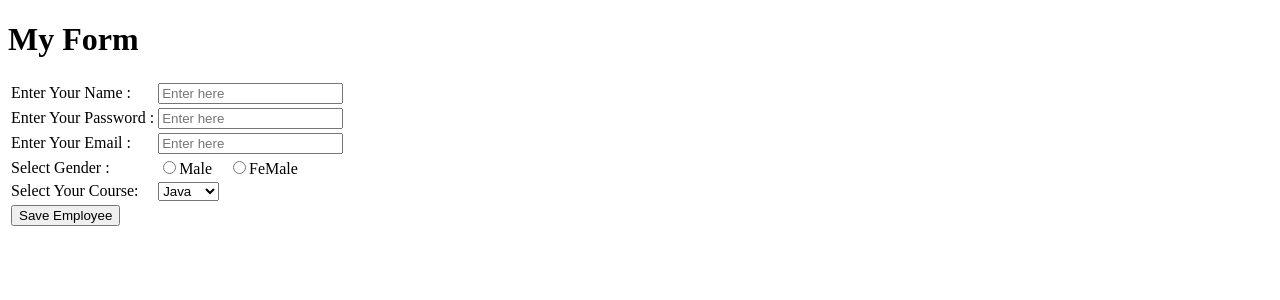
Repository: Kamleshmaury/CoreJava
Page: RegistrationForm/src/main/webapp/index.html
An editor plug-in stored every save of this project. The page is shown before and after the next save, followed by the edit.
The browser window is 1280 px wide. The pictures show the whole page.

Above is the page before, as saved 2022-10-18 08:57:38.

### RegistrationForm/src/main/webapp/index.html
<!DOCTYPE html>
<html>
<head>
<meta charset="UTF-8">
<title>Registration Form</title>
</head>
<body>
	<div class="container">
		<h1>My Form</h1>
		<form action="RegistrationServlet" method="post">
			<table>
				<tr>
					<td>Enter Your Name : </td>
					<td> <input type ="text" name="name" placeholder="Enter here"></td>
				</tr>
				<tr>
					<td>Enter Your Password : </td>
					<td> <input type ="password" name="password" placeholder="Enter here"></td>
				</tr>
				<tr>
					<td>Enter Your Email : </td>
					<td> <input type ="email" name="email" placeholder="Enter here"></td>
				</tr>
				<tr>
					<td>Select Gender : </td>
					<td><input type="radio" name="gender" value="male">Male &nbsp; &nbsp;<input type="radio" name="gender" value="female">FeMale </td>
				</tr>

				<tr>
					<td>Select Your Course:</td>
					<td>
						<select name="course">
							<option value="java">Java</option>
							<option value="c++">C++</option>
							<option value="Spring">Spring</option>
							<option value="Mysql">MySql</option>
						</select>
					</td>
				</tr>
			<tr><td colspan="2"><input type="submit" value="Save Employee"/></td></tr>
			</table>

		</form>
	</div>
</body>
</html>

After the next save:
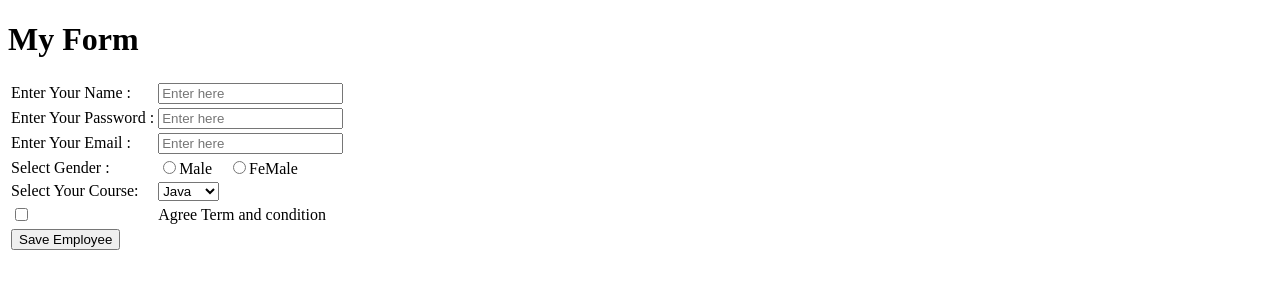
Saved 3 min 2 s later.
--- a/RegistrationForm/src/main/webapp/index.html
+++ b/RegistrationForm/src/main/webapp/index.html
@@ -37,6 +37,13 @@
 						</select>
 					</td>
 				</tr>
+
+				<tr>
+					<td>
+						<input type="checkbox" value="checked" name="condition"/>
+					</td>
+					<td>Agree Term and condition</td>
+				</tr>
 			<tr><td colspan="2"><input type="submit" value="Save Employee"/></td></tr>
 			</table>
 
